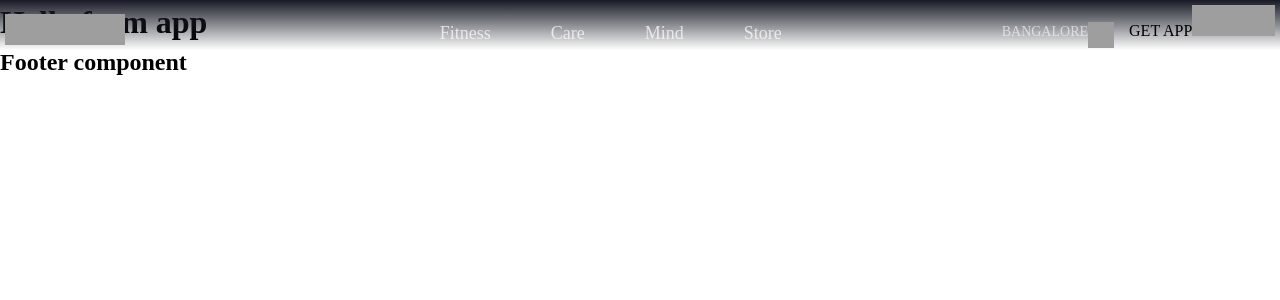
Repository: 1sanjeetsharma/cult-fit-clone
Page: /
The author's editor kept a copy of each file at every save. The page is drawn from the files as they stood at one save, then again after the next save.
The browser window is 1280 px wide. The pictures show the whole page.
Pictures or frames that could not be fetched are drawn as grey boxes. Some web fonts or font styles are not loaded; a fallback is used. The project was rebuilt for these pictures with package versions that can differ from the ones it lists, and the page was loaded fresh each time. Also part of the build but not shown: vite.config.js.

Above is the page before, as saved 2023-07-29 21:45:23.

After the next save:
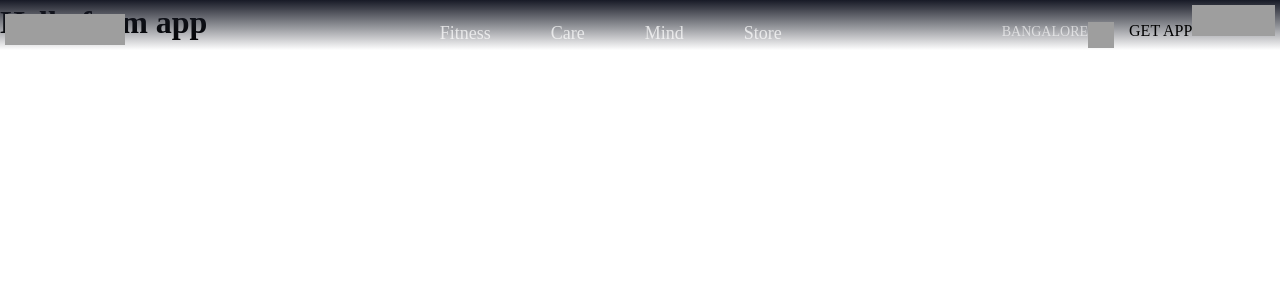
Saved 42 h 21 min later.
--- a/src/components/body/body.jsx
+++ b/src/components/body/body.jsx
@@ -7,7 +7,7 @@ const Body = () => {
 		<>
 			<Header />
 
-			<Footer />
+			{/* <Footer /> */}
 		</>
 	);
 };
